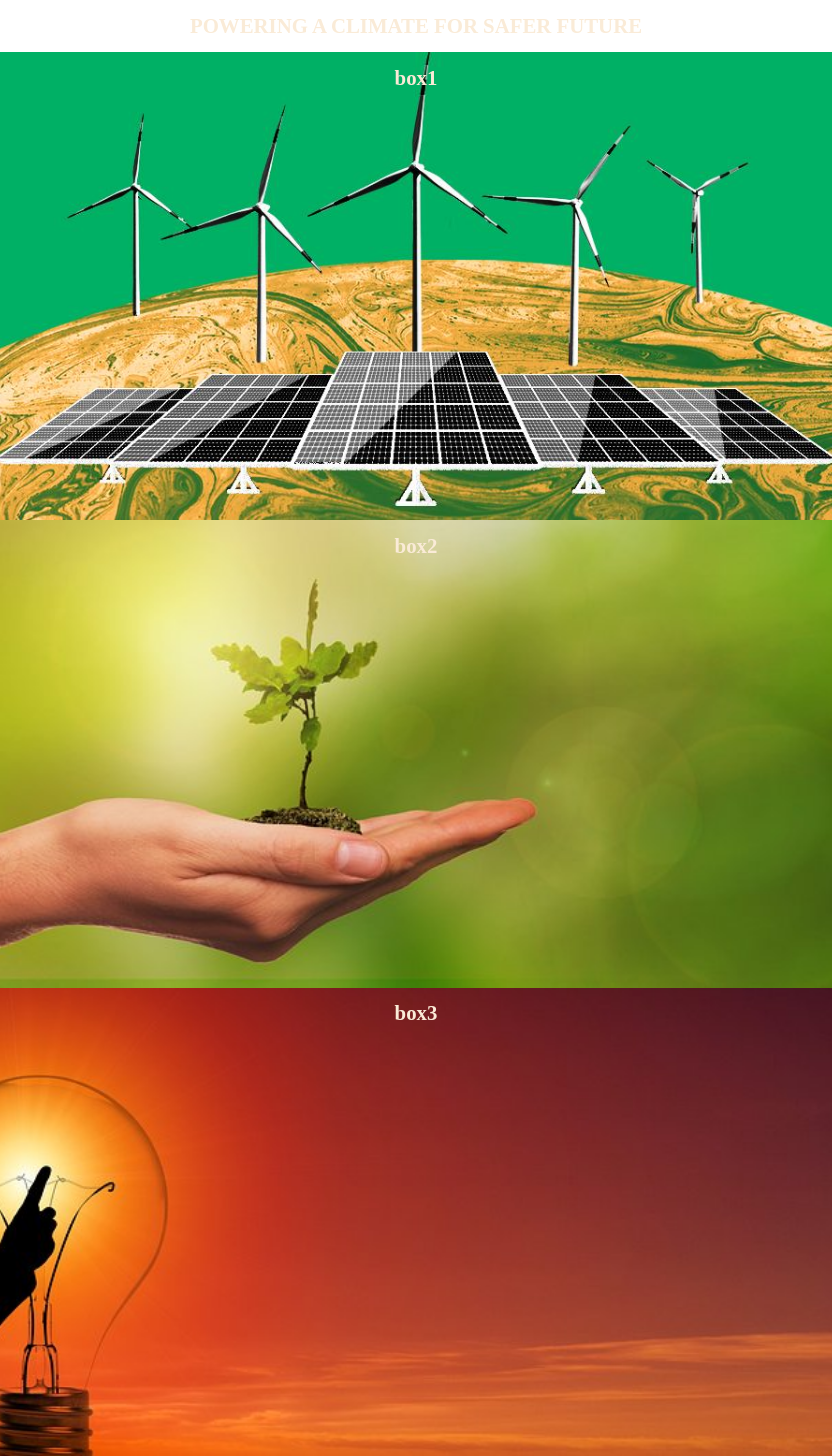
Repository: NavinDayanithi/static-web-design-competition
Page: index.html
An editor plug-in stored every save of this project. The page is shown before and after the next save, followed by the edit.
The browser window is 1280 px wide. The pictures show the whole page, at 65% of full size.
Backgrounds fixed to the window are drawn as part of the page.

Above is the page before, as saved 2023-04-28 19:39:45.

After the next save:
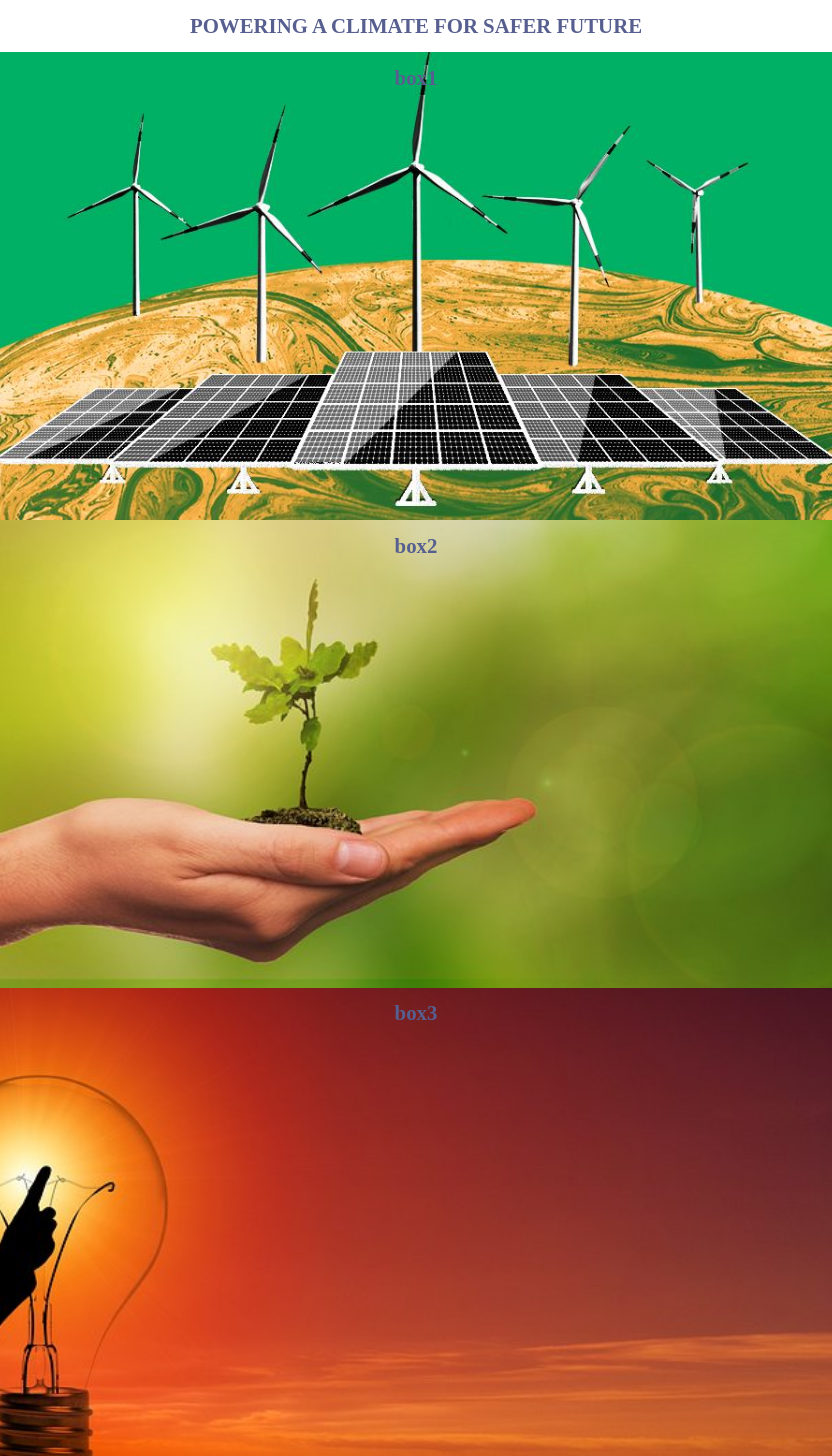
Saved 8 s later.
--- a/styles.css
+++ b/styles.css
@@ -2,7 +2,7 @@ h1
 {
     text-align:center;
 
-    color:antiquewhite;
+    color:rgb(87, 95, 144);
 
 }
 head{
